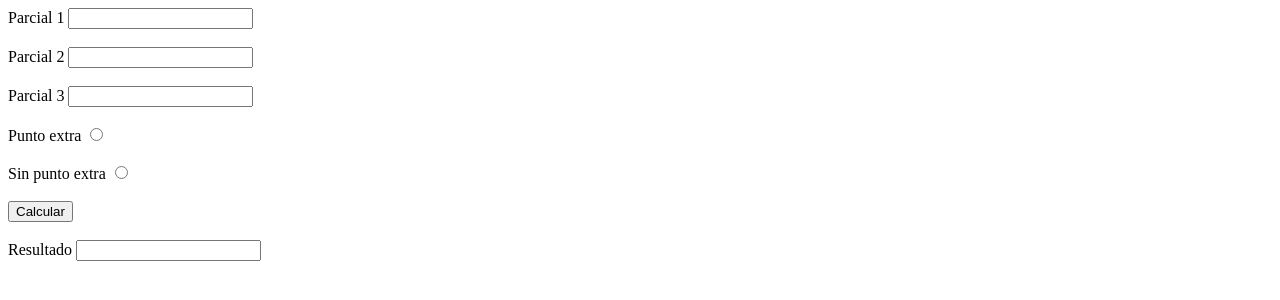
Repository: JoyMoGas/javascript-learn
Page: popo.html
These files come from the project's save history. The page is drawn as it stood at one moment and after the next save; the edit follows.
The browser window is 1280 px wide. The pictures show the whole page.

Above is the page before, as saved 2024-05-13 22:27:51.

### popo.html
<!DOCTYPE html>
<html lang="en">
<head>
  <meta charset="UTF-8">
  <meta name="viewport" content="width=device-width, initial-scale=1.0">
  <title>Calcular Promedio con Punto Extra</title>
</head>
<body>
  <form name="multiplicacion">
    <label for="parcial1">Parcial 1</label>
    <input type="text" name="p1" id="parcial1">
    <br><br>
    <label for="parcial2">Parcial 2</label>
    <input type="text" name="p2" id="parcial2">
    <br><br>
    <label for="parcial3">Parcial 3</label>
    <input type="text" name="p3" id="parcial3">
    <br><br>
    <label for="puntoextra">Punto extra</label>
    <input type="radio" name="extra" id="puntoextra">
    <br><br>
    <label for="sinpunto">Sin punto extra</label>
    <input type="radio" name="extra" id="sinpunto">
    <br><br>
    <button type="button" name="calcular" onclick="calcular()">Calcular</button>
    <br><br>
    <label for="resultado">Resultado</label>
    <input type="text" name="r" id="resultado" readonly>
  </form>
  <script>
    function calcular() {
      // Obtener los valores de los parciales
      var a = parseInt(document.getElementById('parcial1').value) || 0;
      var b = parseInt(document.getElementById('parcial2').value) || 0;
      var c = parseInt(document.getElementById('parcial3').value) || 0;

      // Calcular la suma y el promedio
      var d = a + b + c;
      var s = d / 3;

      // Verificar si se debe agregar el punto extra
      let pe = document.getElementById('puntoextra');
      if (pe.checked) {
        s += 1;
      }

      // Mostrar el resultado en el input de resultado
      document.getElementById('resultado').innerText = s.toFixed(2); // Usamos toFixed para formatear el número con dos decimales
    }
  </script>
</body>
</html>

After the next save:
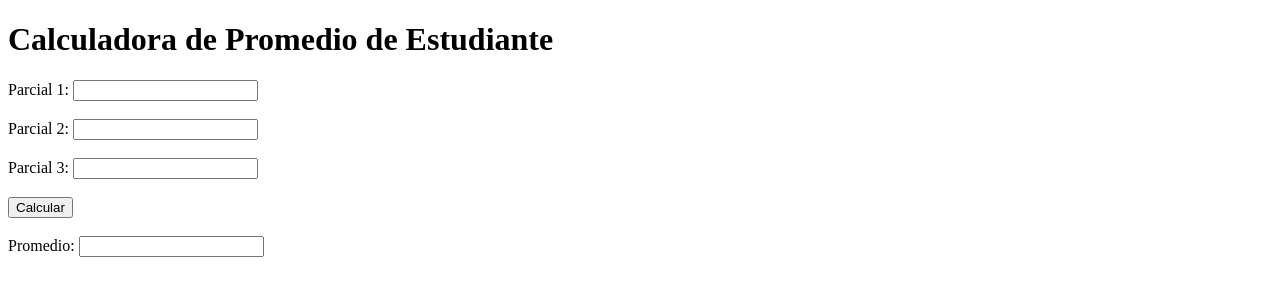
Saved 2 min 27 s later.
--- a/popo.html
+++ b/popo.html
@@ -1,52 +1,36 @@
 <!DOCTYPE html>
-<html lang="en">
+<html lang="es">
 <head>
-  <meta charset="UTF-8">
-  <meta name="viewport" content="width=device-width, initial-scale=1.0">
-  <title>Calcular Promedio con Punto Extra</title>
+    <meta charset="UTF-8">
+    <meta name="viewport" content="width=device-width, initial-scale=1.0">
+    <title>Calculadora de Promedio</title>
+    <script>
+        function calcularPromedio() {
+            // Obtener los valores de los tres parciales
+            var parcial1 = parseFloat(document.getElementById('parcial1').value) || 0;
+            var parcial2 = parseFloat(document.getElementById('parcial2').value) || 0;
+            var parcial3 = parseFloat(document.getElementById('parcial3').value) || 0;
+
+            // Calcular el promedio
+            var promedio = (parcial1 + parcial2 + parcial3) / 3;
+
+            // Mostrar el resultado en el input de resultado
+            document.getElementById('resultado').value = promedio.toFixed(2);
+        }
+    </script>
 </head>
 <body>
-  <form name="multiplicacion">
-    <label for="parcial1">Parcial 1</label>
-    <input type="text" name="p1" id="parcial1">
-    <br><br>
-    <label for="parcial2">Parcial 2</label>
-    <input type="text" name="p2" id="parcial2">
-    <br><br>
-    <label for="parcial3">Parcial 3</label>
-    <input type="text" name="p3" id="parcial3">
-    <br><br>
-    <label for="puntoextra">Punto extra</label>
-    <input type="radio" name="extra" id="puntoextra">
-    <br><br>
-    <label for="sinpunto">Sin punto extra</label>
-    <input type="radio" name="extra" id="sinpunto">
-    <br><br>
-    <button type="button" name="calcular" onclick="calcular()">Calcular</button>
-    <br><br>
-    <label for="resultado">Resultado</label>
-    <input type="text" name="r" id="resultado" readonly>
-  </form>
-  <script>
-    function calcular() {
-      // Obtener los valores de los parciales
-      var a = parseInt(document.getElementById('parcial1').value) || 0;
-      var b = parseInt(document.getElementById('parcial2').value) || 0;
-      var c = parseInt(document.getElementById('parcial3').value) || 0;
-
-      // Calcular la suma y el promedio
-      var d = a + b + c;
-      var s = d / 3;
-
-      // Verificar si se debe agregar el punto extra
-      let pe = document.getElementById('puntoextra');
-      if (pe.checked) {
-        s += 1;
-      }
-
-      // Mostrar el resultado en el input de resultado
-      document.getElementById('resultado').innerText = s.toFixed(2); // Usamos toFixed para formatear el número con dos decimales
-    }
-  </script>
+    <h1>Calculadora de Promedio de Estudiante</h1>
+    <form onsubmit="event.preventDefault(); calcularPromedio();">
+        <label for="parcial1">Parcial 1:</label>
+        <input type="text" id="parcial1"><br><br>
+        <label for="parcial2">Parcial 2:</label>
+        <input type="text" id="parcial2"><br><br>
+        <label for="parcial3">Parcial 3:</label>
+        <input type="text" id="parcial3"><br><br>
+        <button type="submit">Calcular</button><br><br>
+        <label for="resultado">Promedio:</label>
+        <input type="text" id="resultado" readonly><br><br>
+    </form>
 </body>
 </html>
